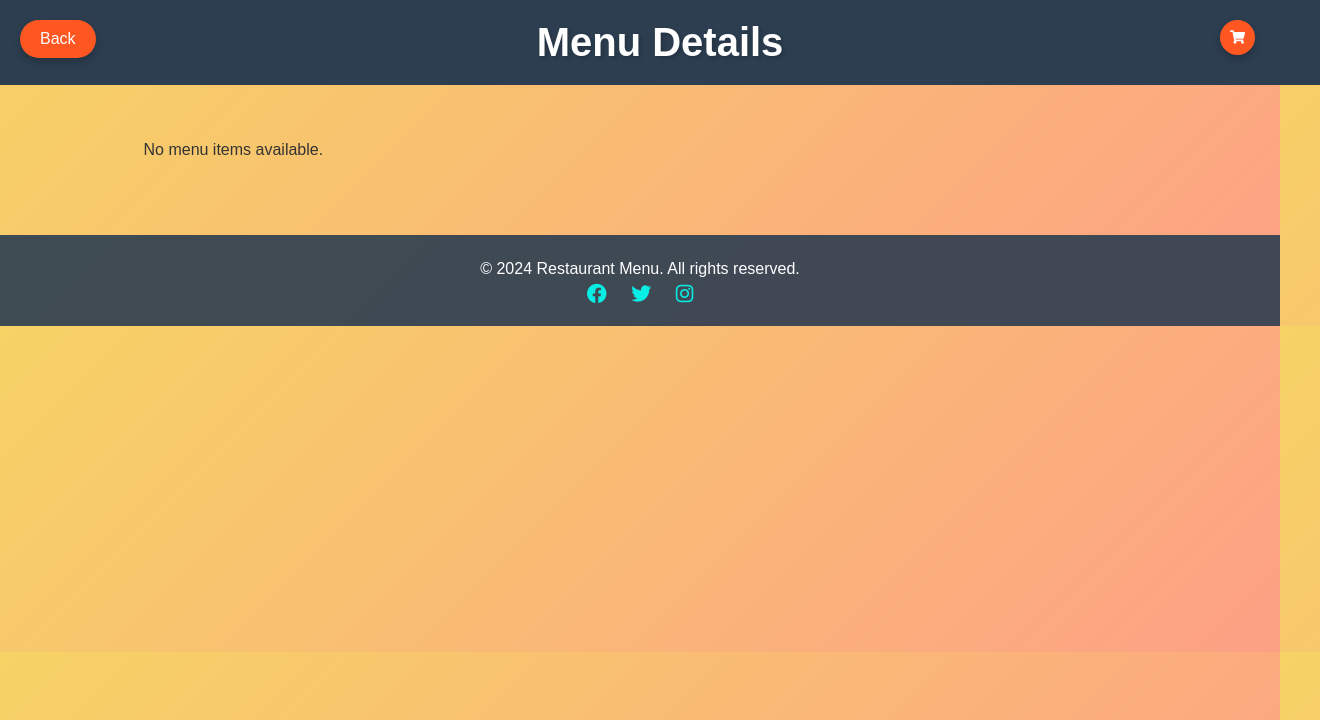
Repository: Masood395/Food-App
Page: http://localhost/FoodApp/getMenu.jsp
The author's editor kept a copy of each file at every save. The page is drawn from the files as they stood at one save, then again after the next save.
The browser window is 1280 px wide. The page is 1320 px wide, so the pictures cover 1320 px, including what lies to the right of the window. The pictures show the whole page.
The page is served by Tomcat 9.

Above is the page before, as saved 2024-11-20 17:48:50.

After the next save:
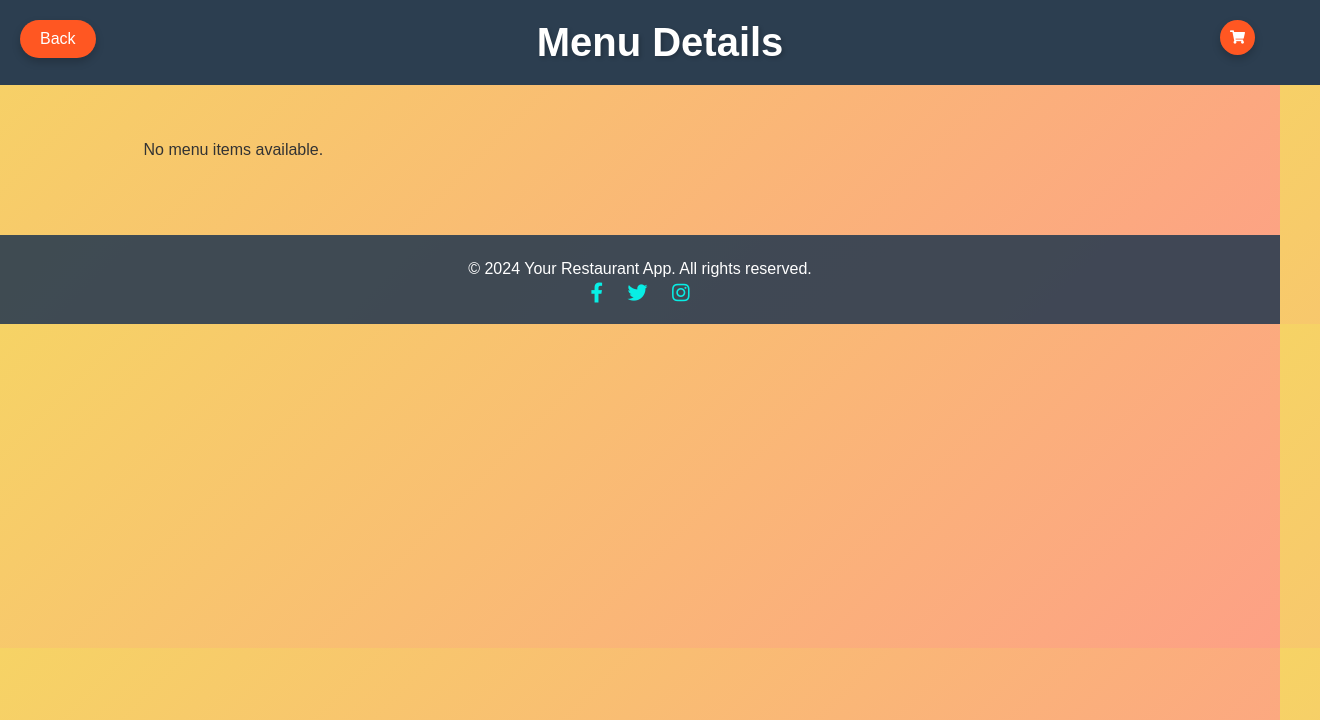
Saved 15 s later.
--- a/FoodApp/src/main/webapp/getMenu.jsp
+++ b/FoodApp/src/main/webapp/getMenu.jsp
@@ -278,16 +278,17 @@
 
 <header>
     <h1>Menu Details</h1>
-    <button class="back-button" onclick="window.location.href='home.jsp';">Back</button>
+	<button class="back-button" onclick="window.location.href='home.jsp';">Back</button>
     <button class="cart-icon" onclick="window.location.href='cart.jsp';">
-        <i class="fas fa-shopping-cart"></i>
-        <%
-            Integer cartItemCount = (Integer) session.getAttribute("cartItemCount");
-            if (cartItemCount != null && cartItemCount > 0) {
-        %>
-            <span class="item-count"><%= cartItemCount %></span>
-        <% } %>
-    </button>
+    <i class="fas fa-shopping-cart"></i>
+    <%
+        Integer cartItemCount = (Integer) session.getAttribute("cartItemCount");
+        if (cartItemCount != null && cartItemCount > 0) {
+    %>
+        <span class="item-count"><%= cartItemCount %></span>
+    <% } %>
+</button>
+
 </header>
 
 <div class="container">
@@ -295,69 +296,61 @@
         List<Menu> mList = (List<Menu>) session.getAttribute("menuList");
         if (mList != null && !mList.isEmpty()) {
             for(Menu mnu : mList) {
-                double price = mnu.getPrice() * 10; // Price adjusted by factor of 10
     %>
         <div class="card">
             <img src="<%= mnu.getImage() %>" alt="<%= mnu.getMenuName() %>">
             <div class="card-body">
                 <h2><%= mnu.getMenuName() %></h2>
                 <p><strong>Description:</strong> <%= mnu.getDescription() %></p>
-                <p class="price">$<%= price %></p> <!-- Updated price -->
-                <p class="rating">Rating: <%= mnu.getRating() %> stars</p>
-                <p class="availability <%= (mnu.isAvailable() ? "available" : "not-available") %>">
+                <p class="price">$<%= mnu.getPrice() %></p>
+                <p class="rating">Rating: <%= mnu.getRating() %> / 5</p>
+                <p class="availability <%= mnu.isAvailable() ? "available" : "not-available" %>">
                     <%= mnu.isAvailable() ? "Available" : "Not Available" %>
                 </p>
-                <button class="add-to-cart" onclick="addToCart('<%= mnu.getMenuId() %>', 1)">Add to Cart</button>
                 <div class="quantity-selector">
-                    <label for="quantity-<%= mnu.getMenuId() %>">Quantity:</label>
-                    <select id="quantity-<%= mnu.getMenuId() %>" name="quantity">
-                        <option value="1">1</option>
-                        <option value="2">2</option>
-                        <option value="3">3</option>
-                        <option value="4">4</option>
-                        <option value="5">5</option>
-                    </select>
+                    <form action="addcartcntrl" method="post">
+                        <select name="quantity">
+                            <% for (int i = 1; i <= 10; i++) { %>
+                                <option value="<%= i %>"><%= i %></option>
+                            <% } %>
+                        </select>
+                        <input type="hidden" name="id" value="<%= mnu.getMenuId() %>">
+                        <input type="hidden" name="img" value="<%= mnu.getImage() %>">
+                        <button type="submit" class="add-to-cart">Add to Cart</button>
+                    </form>
                 </div>
             </div>
         </div>
     <%
             }
         } else {
+            out.println("<p>No menu items available.</p>");
+        }
     %>
-        <p>No menu items available.</p>
-    <% } %>
 </div>
 
+<%-- Check if item was added to cart and show pop-up --%>
+<%
+    Boolean itemAdded = (Boolean) session.getAttribute("itemAdded");
+    if (itemAdded != null && itemAdded) {
+        session.setAttribute("itemAdded", false); // reset the flag after showing pop-up
+%>
+    <div class="popup active">
+        <p>Item added to cart successfully!</p>
+        <button onclick="window.location.href='cart.jsp';">Go to Cart</button>
+    </div>
+<%
+    }
+%>
+
 <footer>
-    <p>&copy; 2024 Restaurant Menu. All rights reserved.</p>
+    <p>&copy; 2024 Your Restaurant App. All rights reserved.</p>
     <div class="social-icons">
-        <a href="#"><i class="fab fa-facebook"></i></a>
-        <a href="#"><i class="fab fa-twitter"></i></a>
-        <a href="#"><i class="fab fa-instagram"></i></a>
+        <a href="#" class="fab fa-facebook-f"></a>
+        <a href="#" class="fab fa-twitter"></a>
+        <a href="#" class="fab fa-instagram"></a>
     </div>
 </footer>
 
-<!-- Popup -->
-<div class="popup" id="popup">
-    <p>Item added to cart!</p>
-    <button onclick="closePopup()">Close</button>
-</div>
-
-<script>
-    function addToCart(menuId, quantity) {
-        // Implement logic to add the item to the cart
-        alert('Added to cart!');
-        showPopup();
-    }
-
-    function showPopup() {
-        document.getElementById('popup').classList.add('active');
-    }
-
-    function closePopup() {
-        document.getElementById('popup').classList.remove('active');
-    }
-</script>
-
 </body>
 </html>
